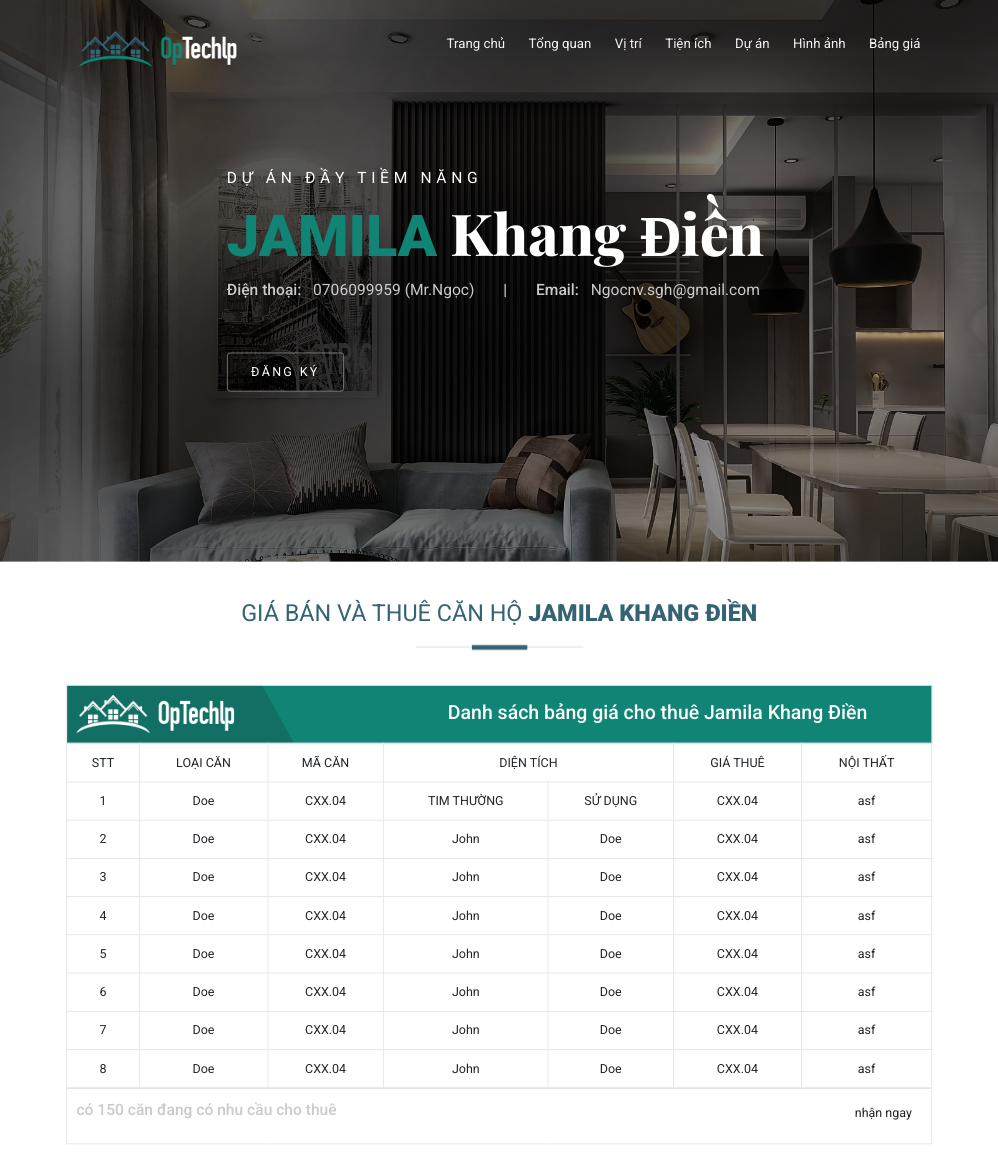
Repository: phunobi1807/Myweb
Page: index.html
An editor plug-in stored every save of this project. The page is shown before and after the next save, followed by the edit.
The browser window is 1280 px wide. The pictures show the whole page, at 78% of full size.
Some web fonts or font styles are not loaded; a fallback is used.

Above is the page before, as saved 2021-05-14 14:18:03.

After the next save:
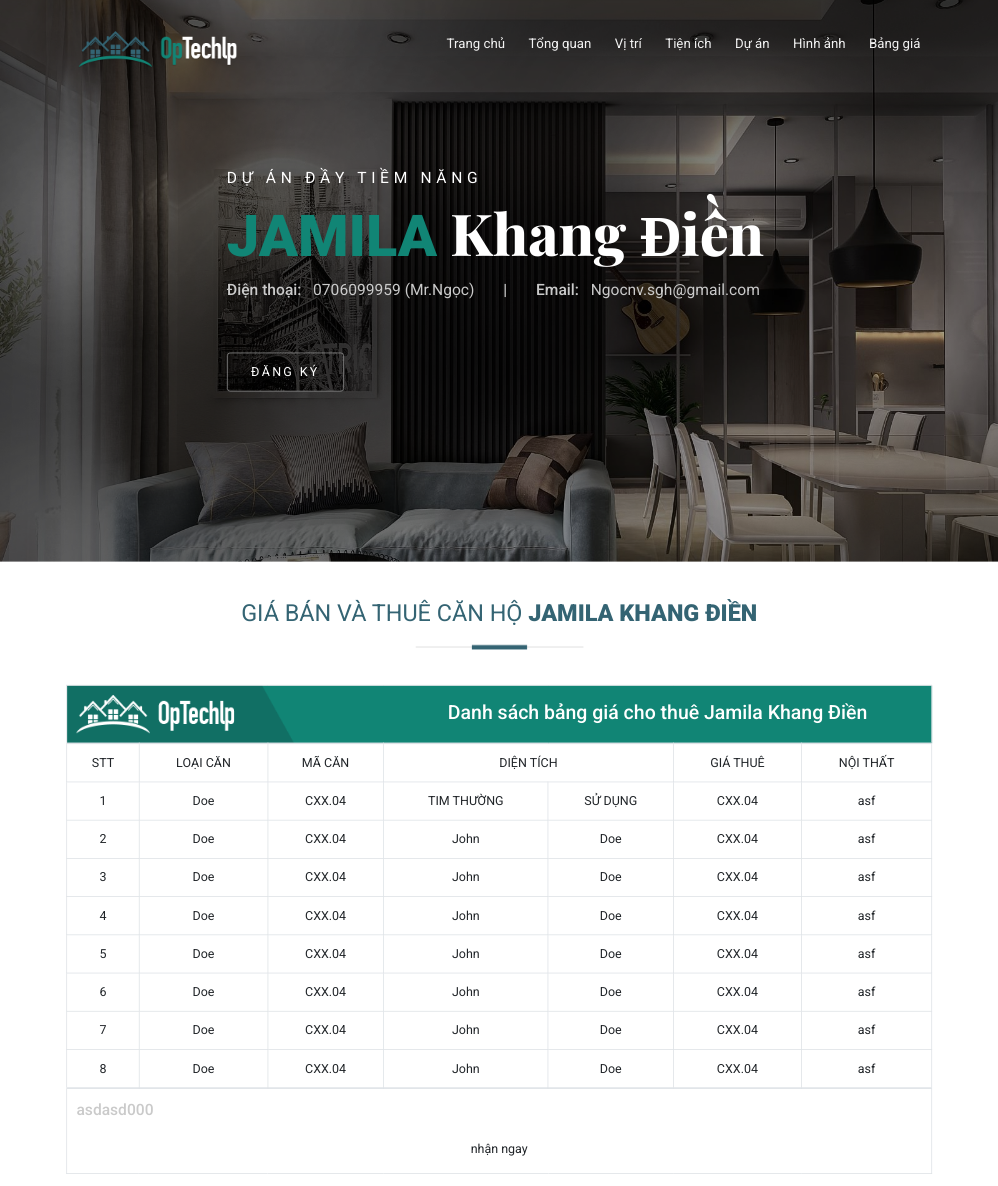
Saved 3 min 18 s later.
--- a/index.html
+++ b/index.html
@@ -143,12 +143,8 @@
                     <tbody>
                         <tr>
                             <th colspan="7">
-                                <div class="bot-table">
-                                    <p>có 150 căn đang có nhu cầu cho thuê</p>
-                                    <div class="nhanngay">
-                                        <input type="button" class="btn btn-outline" value="nhận ngay">
-                                    </div>
-                                </div>
+                                <p>asdasd000</p>
+                                <input type="button" class="btn btn-outline" value="nhận ngay">
                             </th>
                         </tr>
                     </tbody>
